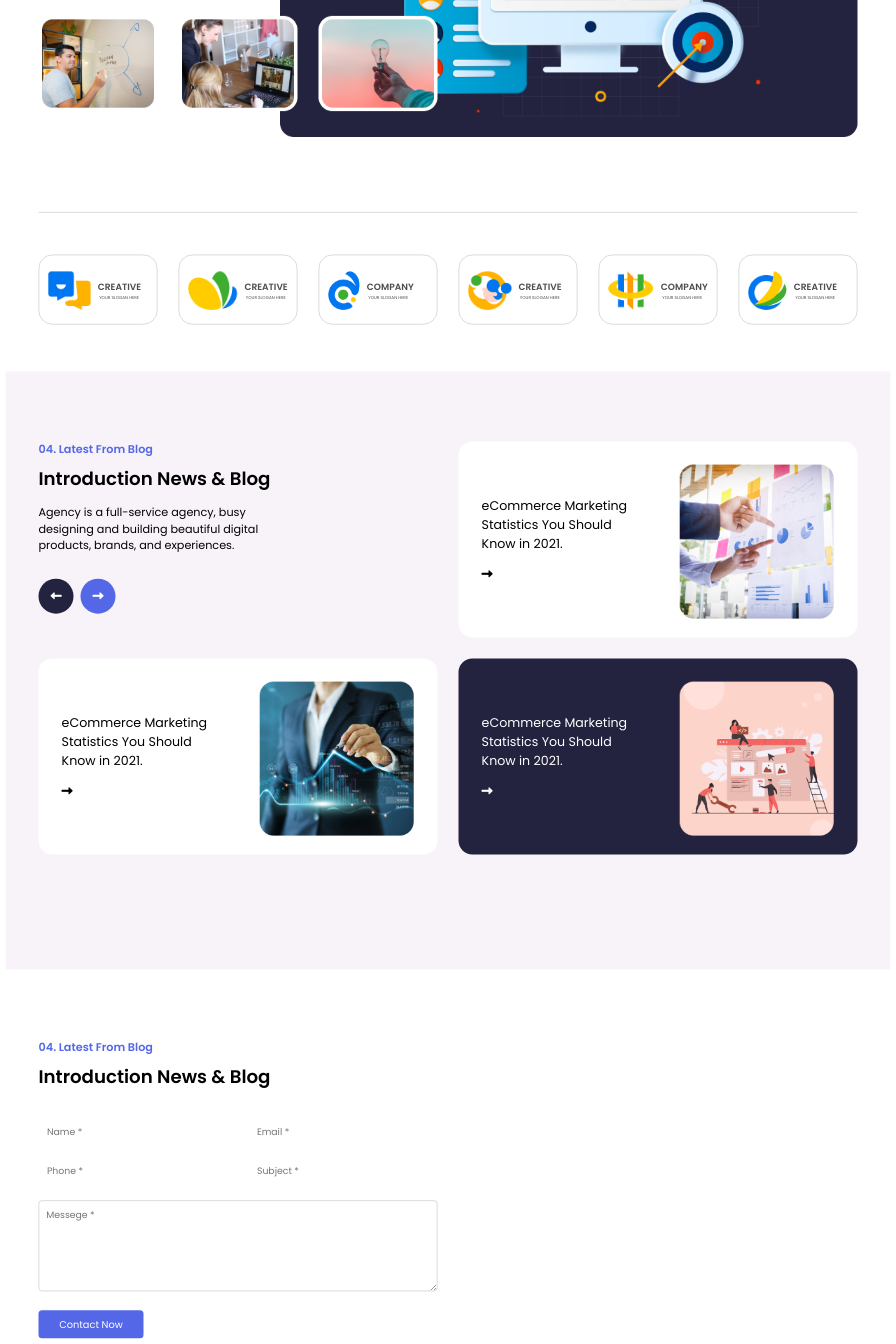
Repository: tranchi0120/LangdingPage-Htmlcss-Ago
Page: index.html
An editor plug-in stored every save of this project. The page is shown before and after the next save, followed by the edit.
The browser window is 1280 px wide. The pictures show the part of the page from y = 2964 to 4884 px (the page is 4884 px tall), at 70% of full size.
Some web libraries are served in a nearby version. The style sheet was rebuilt from its Sass, Less or Tailwind sources for each picture, by a compiler version that may differ from the author's.

Above is the page before, as saved 2022-07-15 10:31:35.

### index.html
<!DOCTYPE html>
<html lang="en">

<head>
    <meta charset="UTF-8" />
    <meta http-equiv="X-UA-Compatible" content="IE=edge" />
    <meta name="viewport" content="width=device-width, initial-scale=1.0" />
    <title>Ago</title>
    <!-- css -->
    <link rel="stylesheet" href="./css/app.css" />
    <!-- google font  -->
    <link rel="preconnect" href="https://fonts.googleapis.com" />
    <link rel="preconnect" href="https://fonts.gstatic.com" crossorigin />
    <link href="https://fonts.googleapis.com/css2?family=Poppins:wght@400;600&display=swap" rel="stylesheet" />
    <!-- google icon awaresome -->
    <link rel="stylesheet" href="https://cdnjs.cloudflare.com/ajax/libs/font-awesome/6.1.1/css/all.min.css">
    <!-- sass ./sass/app.scss ./css/app.css --watch -->
</head>

<body>
    <header class="header">
        <div class="header-top container">
            <span class="header-top-title">
                Welcome to Ago! Building Creative Business Agency
            </span>
            <div class="header-top-right">
                <div class="header-login">
                    <i class="fa-solid fa-user"></i>
                    <a href="#!" style="color:#666666">Login</a>
                </div>
                <div class="header-nation">
                    <i class="fa-solid fa-globe"></i>
                    <span class="header-language">English</span>
                    <i class="fa-solid fa-angle-down"></i>
                </div>
            </div>
        </div>
        <div class="header-line">
        </div>
        <div class="header-under container">
            <div class="header-under-logo">
                <div class="header-under-image">
                    <img class="header-under-img" src="./images/logo.png" alt="#">
                </div>
                <span class="header-under-name">Ago</span>
            </div>
            <div class="header-menu">
                <ul class="menu">
                    <li class="menu-item">
                        <a href="#" class="menu-link">Home</a>
                    </li>
                    <li class="menu-item">
                        <a href="#" class="menu-link">Features</a>
                        <i class="fa-solid fa-angle-down"></i>
                    </li>
                    <li class="menu-item">
                        <a href="#" class="menu-link">Services</a>
                    </li>
                    <li class="menu-item">
                        <a href="#" class="menu-link">Pages</a>
                    </li>
                    <li class="menu-item">
                        <a href="#" class="menu-link">Blog</a>
                    </li>
                    <li class="menu-item">
                        <a href="#" class="menu-link">Support</a>
                    </li>
                </ul>
                <div class="menu-button">
                    <i class="fa-solid fa-magnifying-glass menu-icon"></i>
                    <div class="button">Contact Us</div>
                </div>
            </div>
        </div>
    </header>
    <main>
        <section class="hero">
            <div class="container">
                <div class="hero-main">
                    <div class="hero-left">
                        <div class="hero-title">
                            Trusted Professional Service.
                        </div>
                        <span class="hero-content">
                            Ago is a full-service agency, busy designing and building beautiful digital products,
                            brands, and
                            experiences.
                        </span>
                        <div class="hero-button">
                            <div class="button">Recent Work</div>
                        </div>
                        <div class="hero-down">
                            <div class="hero-icondown">
                                <i style="color:#ffffff ;" class="fa-solid fa-arrow-down"></i>
                            </div>
                            <p class="hero-scroll">
                                Scroll Down
                            </p>
                        </div>
                    </div>
                    <div class="hero-right">
                        <img src="./images/hero.png" alt="#">
                    </div>
                </div>
            </div>
        </section>
        <section class="about">
            <div class="container">
                <div class="about-main">
                    <div class="about-images">
                        <img src="./images/about1.png" alt="#" class="about-img1">
                        <img src="./images/about2.png" alt="#" class="about-img2">
                        <img src="./images/about3.png" alt="#" class="about-img3">
                    </div>
                    <div class="about-us">
                        <h5 class="about-number">
                            01. About Us
                        </h5>
                        <div class="about-title">
                            We Make Designs that Lead and Inpire.
                        </div>
                        <div class="about-name">
                            A design team building a created
                            marketplace for UI designers.
                        </div>
                        <div class="about-content">
                            2,360 curated design resources to energize your creative workflow. We're a growing family of
                            682,268 designers and makers from around the world
                        </div>
                        <div class="menu-button">
                            <div class="button">Contact Us</div>
                        </div>
                    </div>
                </div>
            </div>
        </section>
        <section class="interactive">
            <div class="container">
                <div class="interactive-main">
                    <h5 class="interactive-number">
                        02. What We Do
                    </h5>
                    <div class="interactive-title">
                        <span class="interactive-name">
                            We Make Designs that Lead and Inpire.
                        </span>
                        <i class="fa-solid fa-left-long interactive-iconleft"></i>
                        <i class="fa-solid fa-right-long"></i>
                    </div>
                    <div class="interactive-group">
                        <div class="interactive-box">
                            <div class="row-circle">
                                <img class="row-img" src="./images/row1.png" alt="#">
                                <h2 class="row-number">
                                    26k
                                </h2>
                                <span class="row-title">
                                    Happy Clients
                                </span>
                            </div>
                            <div class="row-circle2">
                                <img class="row-img" src="./images/row2.png" alt="#">
                                <h2 class="row-number2">
                                    76k
                                </h2>
                                <span class="row-title2">
                                    Project Done
                                </span>
                                <span class="row-content2">
                                    Lorem ipsum dolor sit amet, consectetur adipiscing elit. Mauris sapien egestas augue
                                    enim amet scelerisque.
                                </span>
                            </div>
                            <div class="row-circle">
                                <img class="row-img" src="./images/row3.png" alt="#">
                                <h2 class="row-number">
                                    20k
                                </h2>
                                <span class="row-title">
                                    AWARDS WON
                                </span>
                            </div>
                            <div class="row-circle">
                                <img class="row-img" src="./images/row4.png" alt="#">
                                <h2 class="row-number">
                                    20k
                                </h2>
                                <span class="row-title">
                                    DAILY DATA INPUT
                                </span>
                            </div>
                        </div>
                    </div>
                </div>
            </div>
        </section>
        <section class="service">
            <div class="container">
                <h5 class="service-number">
                    03. Our Services
                </h5>
                <div class="service-title">
                    <span class="service-name">
                        Welcome to Our Professional Service
                    </span>
                </div>
                <div class="service-main">
                    <div class="service-left">
                        <h2 class="service-left-title">
                            Professional Website
                            Design Consulting
                        </h2>
                        <p class="service-left-content">
                            Agency is a full-service agency, busy designing and building beautiful digital products,
                            brands, and experiences.
                        </p>
                        <div class="menu-button">
                            <div class="button">View Detail</div>
                        </div>
                        <div class="service-left-images">
                            <img src="./images/service1.png" alt="#" class="service-left-img">
                            <img src="./images/service2.png" alt="#" class="service-left-img">
                            <img src="./images/service3.png" alt="#" class="service-left-img">
                        </div>
                    </div>
                    <div class="service-right">
                        <img src="./images/service4.png" alt="#" class="service-right-img">
                    </div>
                </div>
                <div class="service-bottom">
                    <div class="service-box">
                        <div class="service-box-imgs">
                            <img src="./images/logo1.png" alt="#" class="service-box-img">
                        </div>
                        <div class="service-box-text">
                            <h2 class="service-box-title">CREATIVE</h2>
                            <p class="service-box-slogan">YOUR SLOGAN HERE</p>
                        </div>
                    </div>
                    <div class="service-box">
                        <div class="service-box-imgs">
                            <img src="./images/logo2.png" alt="#" class="service-box-img">
                        </div>
                        <div class="service-box-text">
                            <h2 class="service-box-title">CREATIVE</h2>
                            <p class="service-box-slogan">YOUR SLOGAN HERE</p>
                        </div>
                    </div>
                    <div class="service-box">
                        <div class="service-box-imgs">
                            <img src="./images/logo3.png" alt="#" class="service-box-img">
                        </div>
                        <div class="service-box-text">
                            <h2 class="service-box-title">COMPANY</h2>
                            <p class="service-box-slogan">YOUR SLOGAN HERE</p>
                        </div>
                    </div>
                    <div class="service-box">
                        <div class="service-box-imgs">
                            <img src="./images/logo4.png" alt="#" class="service-box-img">
                        </div>
                        <div class="service-box-text">
                            <h2 class="service-box-title">CREATIVE</h2>
                            <p class="service-box-slogan">YOUR SLOGAN HERE</p>
                        </div>
                    </div>
                    <div class="service-box">
                        <div class="service-box-imgs">
                            <img src="./images/logo5.png" alt="#" class="service-box-img">
                        </div>
                        <div class="service-box-text">
                            <h2 class="service-box-title">COMPANY</h2>
                            <p class="service-box-slogan">YOUR SLOGAN HERE</p>
                        </div>
                    </div>
                    <div class="service-box">
                        <div class="service-box-imgs">
                            <img src="./images/logo6.png" alt="#" class="service-box-img">
                        </div>
                        <div class="service-box-text">
                            <h2 class="service-box-title">CREATIVE</h2>
                            <p class="service-box-slogan">YOUR SLOGAN HERE</p>
                        </div>
                    </div>
                </div>
            </div>
        </section>
        <section class="latest">
            <div class="container">
                <div class="latest-main">
                    <div class="latest-group">
                        <h5 class="latest-number">
                            04. Latest From Blog
                        </h5>
                        <span class="latest-title">
                            Introduction News & Blog
                        </span>
                        <p class="latest-content">
                            Agency is a full-service agency, busy designing and building beautiful digital products,
                            brands, and experiences.
                        </p>
                        <div class="latest-icon">
                            <div class="latest-icon-left">
                                <i class="fa-solid fa-left-long"></i>
                            </div>
                            <div class="latest-icon-right">
                                <i class="fa-solid fa-right-long"></i>
                            </div>
                        </div>
                    </div>
                    <div class="latest-groups">
                        <div class="latest-box">
                            <p class="latest-text">
                                eCommerce Marketing
                                Statistics You Should
                                Know in 2021.
                            </p>
                            <i class="fa-solid fa-right-long"></i>
                        </div>
                        <div class="latest-image">
                            <img src="./images/latest1.png" alt="#" class="latest-img">
                        </div>
                    </div>
                    <div class="latest-groups">
                        <div class="latest-box">
                            <p class="latest-text">
                                eCommerce Marketing
                                Statistics You Should
                                Know in 2021.
                            </p>
                            <i class="fa-solid fa-right-long"></i>
                        </div>
                        <div class="latest-image">
                            <img src="./images/latest2.png" alt="#" class="latest-img">
                        </div>
                    </div>
                    <div class="latest-groups3">
                        <div class="latest-box3">
                            <p class="latest-text3">
                                eCommerce Marketing
                                Statistics You Should
                                Know in 2021.
                            </p>
                            <i class="fa-solid fa-right-long"></i>
                        </div>
                        <div class="latest-image">
                            <img src="./images/latest3.png" alt="#" class="latest-img">
                        </div>
                    </div>
                </div>
            </div>
        </section>
        <section class="contact">
            <div class="container">
                <!-- <img class="contact-background" src="./images/background.png" alt="#"> -->
                <div class="contact-main">
                    <div class="contact-left">
                        <h5 class="contact-left-number">
                            04. Latest From Blog
                        </h5>
                        <span class="contact-left-title">
                            Introduction News & Blog
                        </span>
                        <div class="contact-left-import">
                            <input class="contact-left-input" type="text" placeholder="Name *">
                            <input class="contact-left-input" type="text" placeholder="Email *">
                            <input class="contact-left-input" type="text" placeholder="Phone *">
                            <input class="contact-left-input" type="text" placeholder="Subject *">
                        </div>
                        <textarea class="contact-left-textarea" name="text" id="#" cols="30" rows="10"
                            placeholder="Messege *"></textarea>
                        <div class="menu-button">
                            <div class="button">Contact Now</div>
                        </div>
                    </div>
                    <div class="contact-right">
                        <!-- <img class="contact-right-img" src="./images/map.png" alt="#"> -->
                    </div>
                </div>
            </div>
        </section>
    </main>
    <footer>
    </footer>
</body>

</html>

### sass/app.scss
@import "global";
@import "header";
@import "menu";
@import "variable";
@import "hero";
@import "about";
@import "interactive";
@import "row";
@import "service";
@import "latest";
@import "contact";

### sass/_global.scss
.container {
    max-width: 1170px;
    margin: 0 auto;
}
.body {
    background: #ffffff;
}
* {
    box-sizing: border-box;
    font-family: "Poppins", sans-serif;
}
a {
    text-decoration: none;
}
ul {
    list-style-type: none !important;
}
.button {
    border: none;
    padding: auto;
    width: 150px;
    background: #5468e7;
    height: 40px;
    text-align: center;
    justify-content: center;
    padding: 7px;
    border-radius: 5px;
    color: white;
    font-size: 14px;
    line-height: 21px;
    padding: 10px;
}

### sass/_menu.scss
.menu {
    height: 24px;
    width: 550px;
    display: flex;
    justify-content: space-between;
    align-items: center;
    // gap: 40px;
    &-button {
        display: flex;
        gap: 29px;
    }
    &-icon {
        width: 18px;
        display: inline-block;
        padding-top: 15px;
        color: #666666;
    }

    &-link {
        color: #000000;
        font-weight: 400;
        font-size: 16px;
        line-height: 24px;
    }
}

### sass/_variable.scss
$font: "Poppins", sans-serif;
$color1: #232340;
$color2: #323259;
$color-btn: #5468e7;
$black: #222222;
$white: #ffffff;

### sass/_hero.scss
.hero {
    height: 800px;
    margin-top: 55px;
    &-main {
        display: flex;

        align-items: center;
    }
    &-title {
        width: 260px;
        line-height: 60px;
        font-weight: 600;
        font-size: 40px;
        margin-bottom: 23px;
    }
    &-content {
        height: 46px;
        width: 317px;
        font-weight: 400;
        font-size: 16px;
        display: inline-block;
        margin-bottom: 60px;
        margin-right: 147px;
    }
    &-down {
        margin-top: 114px;
        display: flex;
        gap: 9px;
    }
    &-icondown {
        border-radius: 50%;
        width: 45px;
        height: 45px;
        text-align: center;
        padding: 13px;
        background: #c897e4;
    }
}

### sass/_interactive.scss
.interactive {
    background: #f7f3f8;
    height: 752px;
    &-number {
        margin-bottom: 10px;
        margin-top: 100px;
        display: inline-block;
        color: #5468e7;
        font-size: 16px;
        line-height: 24px;
        font-weight: 600;
    }
    &-name {
        display: inline-block;
        line-height: 39px;
        font-size: 26px;
        font-weight: 600;
        margin-bottom: 75px;
    }
    &-iconleft {
        margin-right: 19px;
        margin-left: 594px;
    }
    &-box {
        max-height: 360px;
        background: white;
        display: grid;
        grid-template-columns: repeat(4, 1fr) !important;
        border-radius: 30px;
    }
}

### sass/_contact.scss
.contact {
    // &-main {
    //     display: flex;
    //     gap: 23px;
    // }
    // &-background {
    //     width: 1123px;
    //     margin-left: -400px;
    //     margin-top: -80px;
    // }
    &-left {
        &-number {
            margin-bottom: 10px;
            margin-top: 100px;
            font-weight: 600;
            line-height: 24px;
            color: #5468e7;
            font-size: 16px;
        }
        &-title {
            display: block;
            font-size: 26px;
            line-height: 39px;
            font-weight: 600;
            margin-bottom: 25px;
            color: black;
            margin-bottom: 37px;
        }
        &-input {
            padding: 12px;
            border-radius: 5px;
            height: 45px;
            width: 270px;
            border: none;
        }
        &-import {
            width: 570px;
            display: grid;
            grid-template-columns: repeat(2, 1fr);
            gap: 10px 30px;
        }
        &-textarea {
            padding: 10px;
            border-radius: 5px;
            border: 1px solid #cccccc;
            height: 130px;
            width: 570px;
            margin-top: 20px;
            margin-bottom: 20px;
        }
    }

    // &-right {
    //     z-index: -1;
    //     margin-top: -607px;
    // }
}

Loaded but not shown: sass/_service.scss (94 lines, source omitted); sass/_latest.scss (87 lines, source omitted); sass/_about.scss (57 lines, source omitted); sass/_row.scss (51 lines, source omitted); sass/_header.scss (47 lines, source omitted)

After the next save:
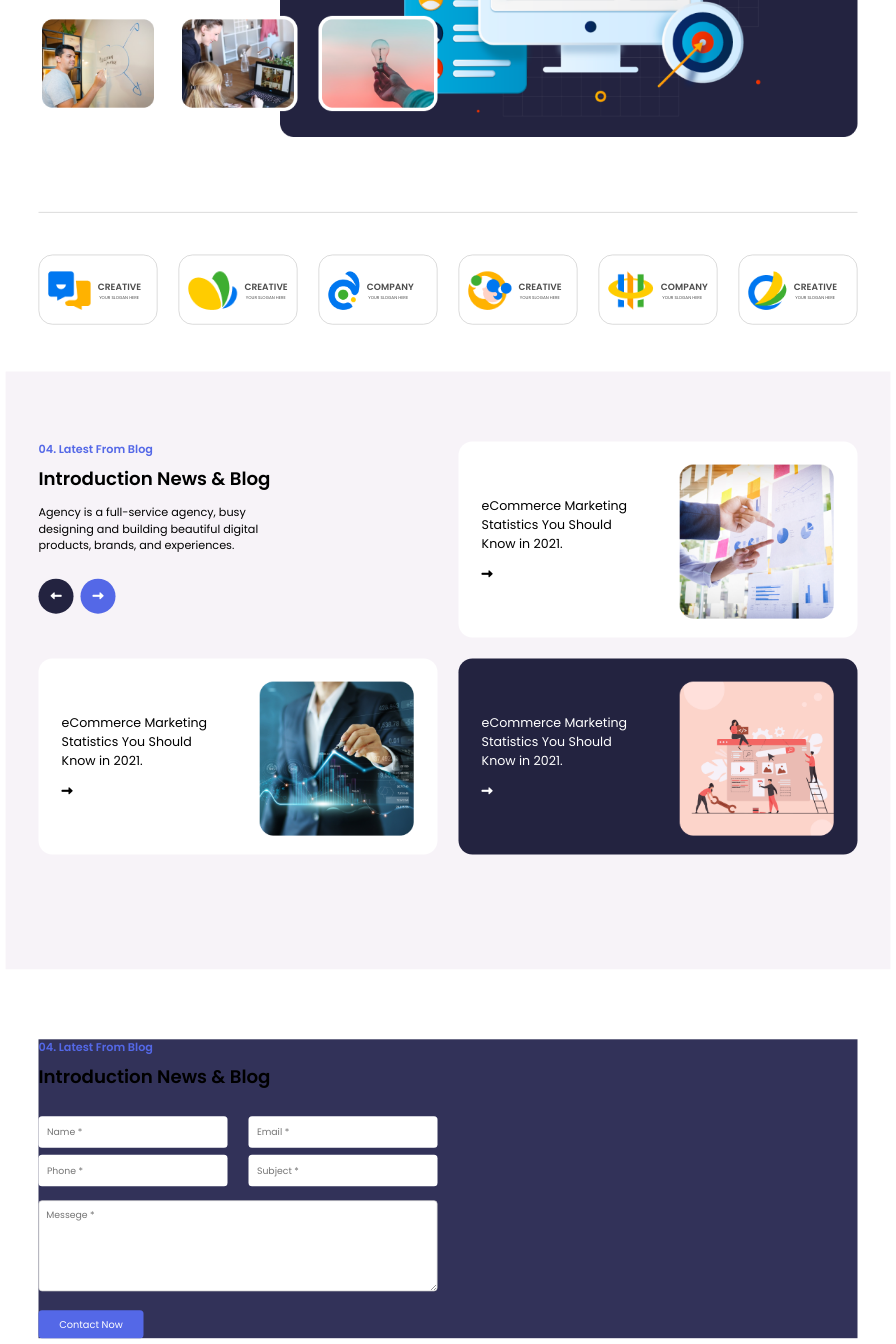
Saved 18 s later.
--- a/sass/_contact.scss
+++ b/sass/_contact.scss
@@ -9,6 +9,7 @@
     //     margin-top: -80px;
     // }
     &-left {
+        background: #323259;
         &-number {
             margin-bottom: 10px;
             margin-top: 100px;
